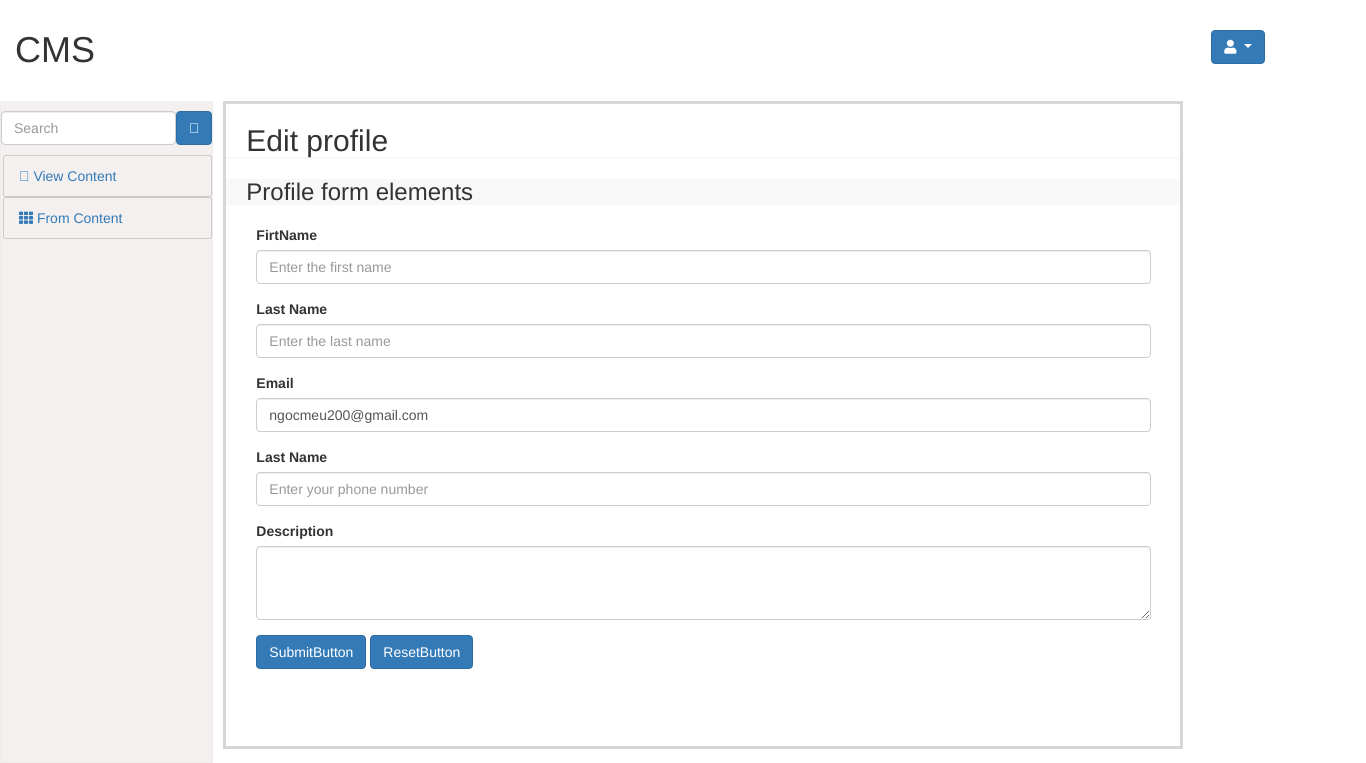
Repository: NgocNB20/travel
Page: NgocNb20_assigment8_9/edit.html
The author's editor kept a copy of each file at every save. The page is drawn from the files as they stood at one save, then again after the next save.
The browser window is 1280 px wide. The page is 1366 px wide, so the pictures cover 1366 px, including what lies to the right of the window. The pictures show the whole page.
Some web libraries are served in a nearby version.

Above is the page before, as saved 2021-10-06 01:01:48.

After the next save:
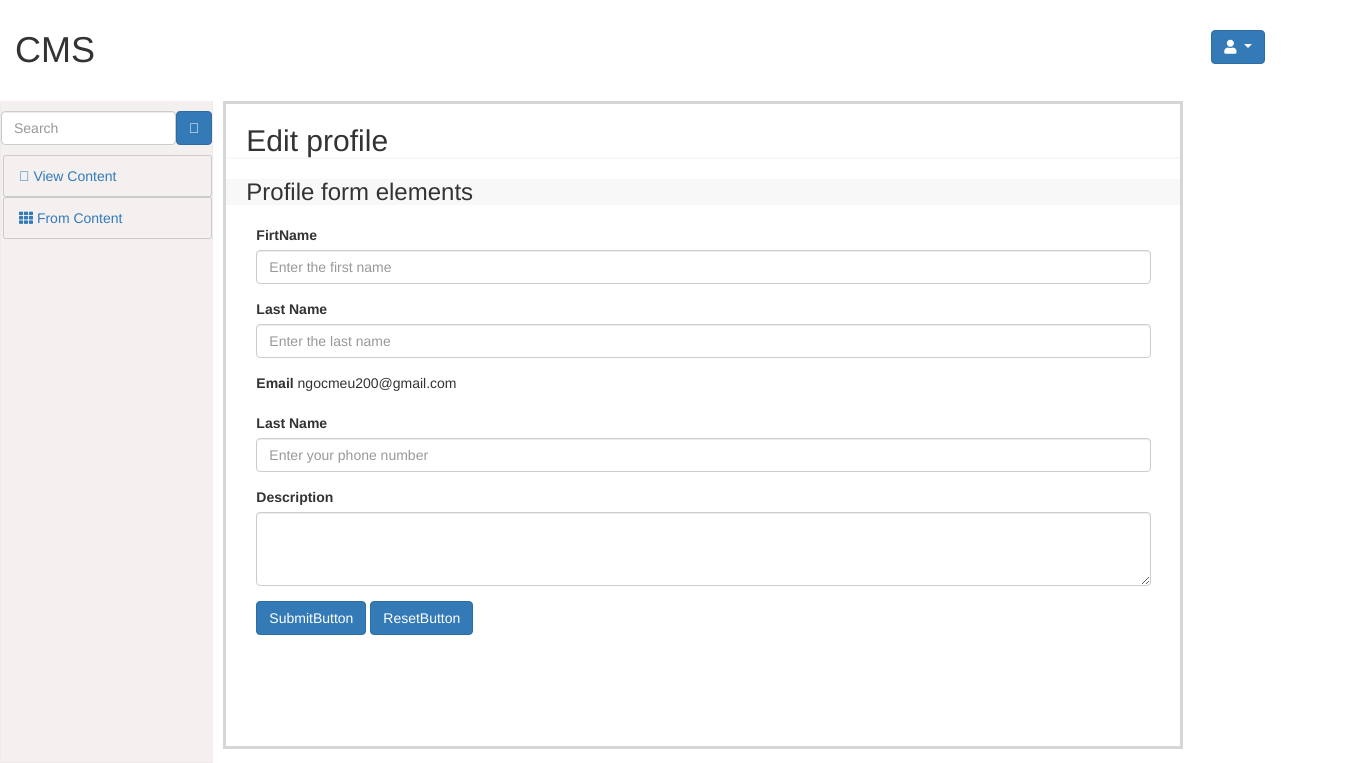
Saved 14 s later.
--- a/NgocNb20_assigment8_9/edit.html
+++ b/NgocNb20_assigment8_9/edit.html
@@ -88,7 +88,7 @@
                   </div>
                   <div class="form-group ">
                     <label for="exampleFormControlInput1" class="form-desc">Email</label>
-                     <span class="form-control form-email" >ngocmeu200@gmail.com</span>
+                     <span class=" form-email" >ngocmeu200@gmail.com</span>
                   </div>
                   <div class="form-group ">
                     <label for="exampleFormControlInput1" class="form-desc">Last Name</label>
